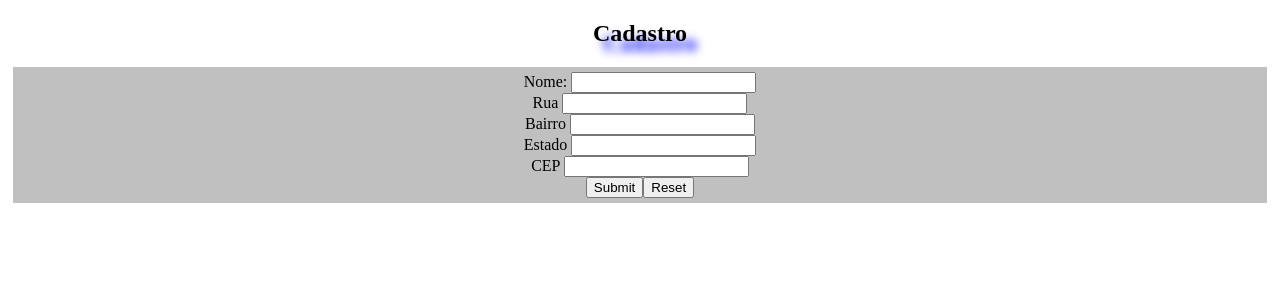
Repository: ViniciusyLima/SpringToolSuite4
Page: http://localhost/aula05/Cadastro.jsp
An editor plug-in stored every save of this project. The page is shown before and after the next save, followed by the edit.
The browser window is 1280 px wide. The pictures show the whole page.
The page is served by Tomcat 9.

Above is the page before, as saved 2023-09-06 12:25:44.

### aula05/src/main/webapp/Cadastro.jsp
<%@ page language="java" contentType="text/html; charset=ISO-8859-1"
    pageEncoding="UTF-8"%>
<!DOCTYPE html>
<html>
<head>
<meta charset="UTF-8">
<title>CADASTRO</title>
</head>
<link rel= stylesheet type= text/css href=Style.css>
<body>
<h2>Cadastro</h2>
	<div  class="texto">
	<form action="lista.jsp">
	<label>Nome:</label>
	<input type="text" name="nome" id="nome">
	<br>
	<label>Rua</label>
	<input type="text" name="rua" id="rua">
	<br>
	<label>Bairro</label>
	<input type="text" name="bairro" id="bairro">
	<br>
	<label>Estado</label>
	<input type="text" name="estado" id="estado">
	<br>
	<label>CEP</label>
	<input type="text" name="cep" id="cep">
	<br>
	<input type="submit"><input type="reset">
	</form>
	</div>
</body>
</html>

### aula05/src/main/webapp/Style.css
@charset "UTF-8";

.texto {
	display: block;
	flex-direction: column;
	text-align: center;
	align-items: center;
	background-color: rgb(192, 192, 192);
	padding: 5px;
	margin: 5px;
}

h2 {
	text-align: center;
	text-shadow: 10px 10px 10px rgb(0, 0, 255);
}

After the next save:
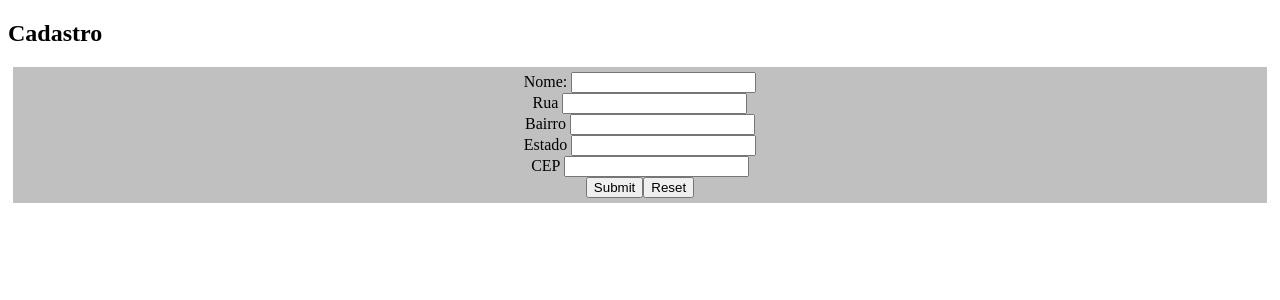
Saved 9 s later.
--- a/aula05/src/main/webapp/Style.css
+++ b/aula05/src/main/webapp/Style.css
@@ -10,7 +10,7 @@
 	margin: 5px;
 }
 
-h2 {
+h3 {
 	text-align: center;
 	text-shadow: 10px 10px 10px rgb(0, 0, 255);
 }
